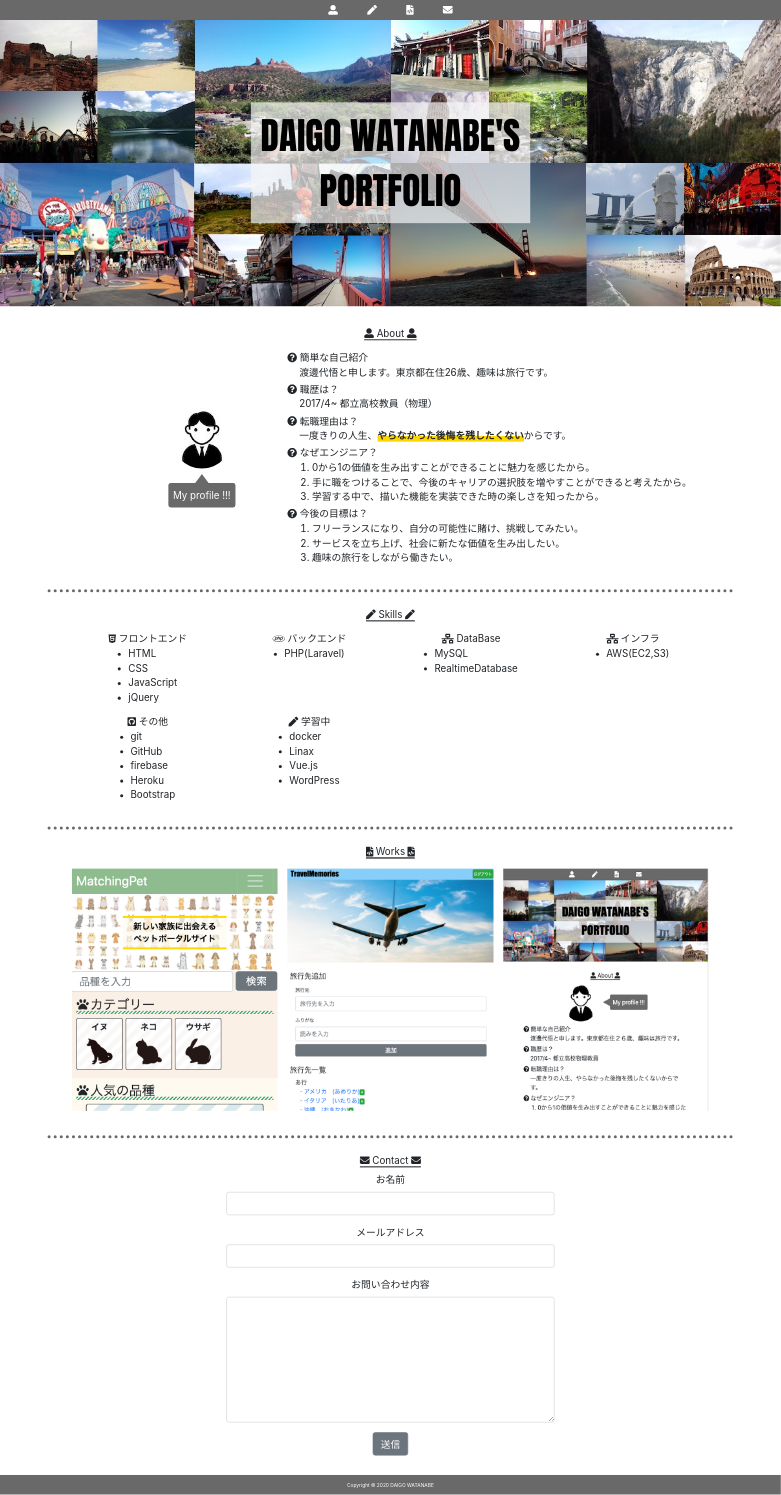
Repository: watanabedaigo/Portfolio
Page: public/index.html
The author's editor kept a record of every edit. The page is drawn from the files as they stood at one moment, then again after the next edit.
The browser window is 1280 px wide. The pictures show the whole page, at 61% of full size.
Some web libraries are served in a nearby version.

Above is the page before.

After the next edit:
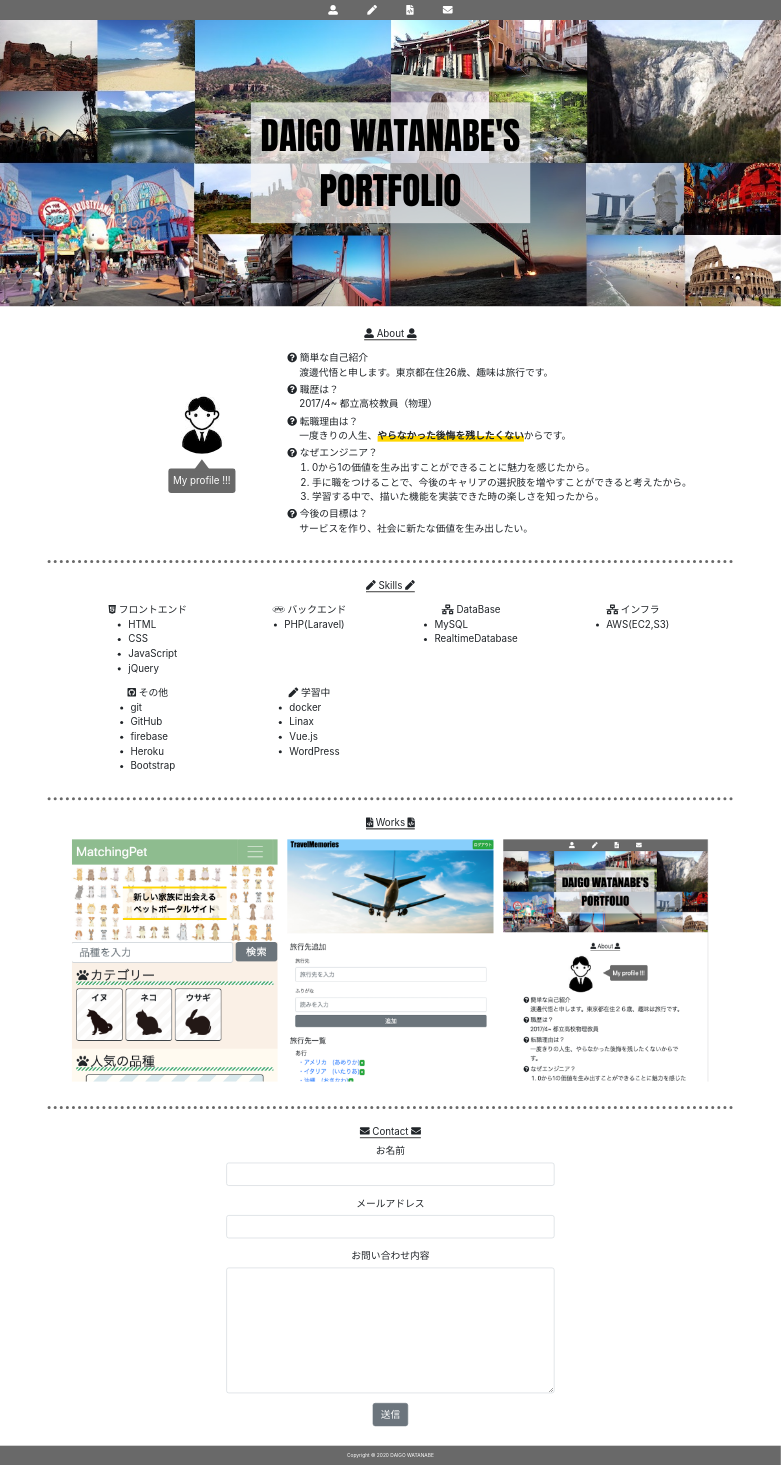
The edit:
--- a/public/index.html
+++ b/public/index.html
@@ -54,11 +54,7 @@
                             <li>学習する中で、描いた機能を実装できた時の楽しさを知ったから。</li>
                         </ol>
                         <p class="mt-1"><i class="fas fa-question-circle mr-1"></i>今後の目標は？</p>
-                        <ol type="1" class="m-0">
-                            <li>フリーランスになり、自分の可能性に賭け、挑戦してみたい。</li>
-                            <li>サービスを立ち上げ、社会に新たな価値を生み出したい。</li>
-                            <li>趣味の旅行をしながら働きたい。</li>
-                        </ol>
+                        <p style="padding-left:1.2rem;">サービスを作り、社会に新たな価値を生み出したい。</p>
                     </div>
                 </div>
             </div>
